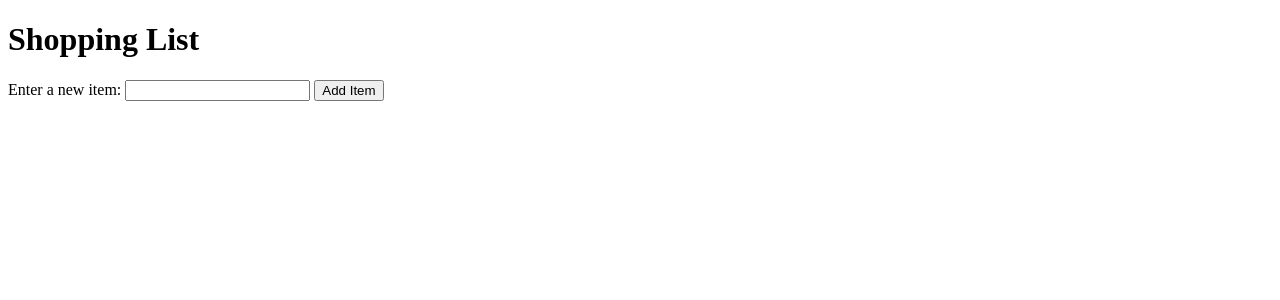
Repository: EguJaredoBoyd/IgHub
Page: shopping-list/index.html
An editor plug-in stored every save of this project. The page is shown before and after the next save, followed by the edit.
The browser window is 1280 px wide. The pictures show the whole page.
Empty fields were first filled with sample values (such as "Sample", 5 or name@example.com).
After loading, the first visible `button` was clicked once.

Above is the page before, as saved 2025-03-04 12:15:16.

After the next save:
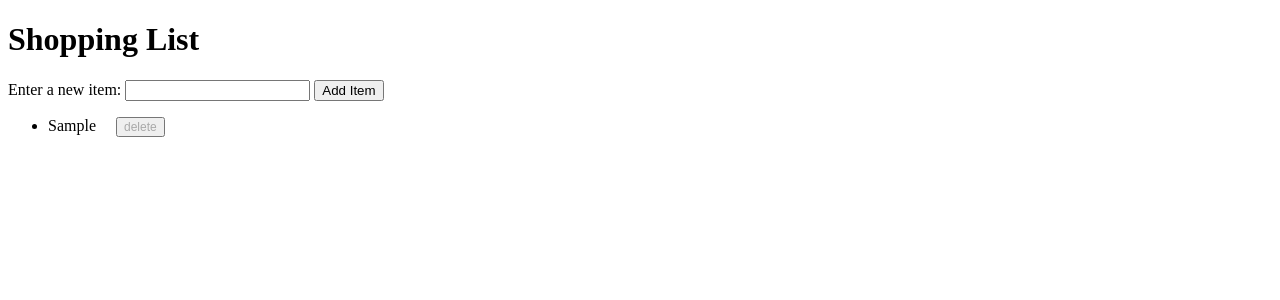
Saved 17 min 39 s later.
--- a/shopping-list/index.html
+++ b/shopping-list/index.html
@@ -53,6 +53,9 @@
             listTitle.textContent = item;
             delBbutton.textContent = "delete";
 
+            // append list item as a child of the list
+            list.appendChild(listItem);
+
             console.log(listItem);
 
             // show output
